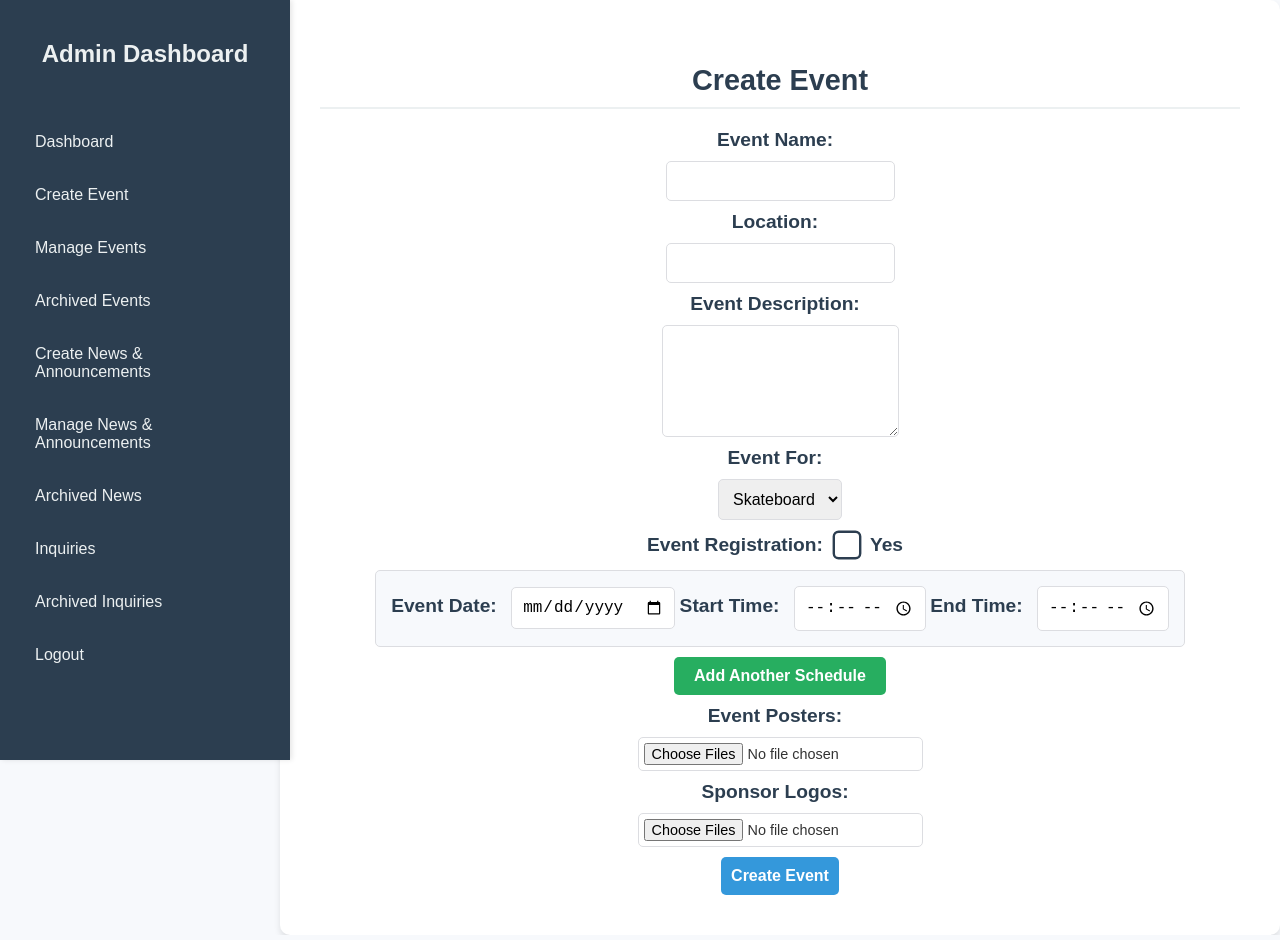
Repository: KharonKade/Capstone
Page: http://localhost/admin.html
The author's editor kept a copy of each file at every save. The page is drawn from the files as they stood at one save, then again after the next save.
The browser window is 1280 px wide. The pictures show the whole page.
The page is run by PHP 8.4 with error messages shown; the project is at /var/www/html/.

Above is the page before, as saved 2025-04-01 13:13:46.

### admin.html
<!DOCTYPE html>
<html lang="en">
<head>
    <meta charset="UTF-8">
    <meta name="viewport" content="width=device-width, initial-scale=1.0">
    <title>Create Event</title>
    <link rel="stylesheet" href="Css/admin.css?v=1.0">
    <script src="https://cdn.jsdelivr.net/npm/sweetalert2@11"></script>
</head>
<body>
    <div class="admin-container">
        <nav class="sidebar">
            <h2>Admin Dashboard</h2>
            <ul>
                <li><a href="/dashboard">Dashboard</a></li>
                <li><a href="admin.html">Create Event</a></li>
                <li><a href="manage_upcoming.php">Manage Events</a></li>
                <li><a href="archived_events.php">Archived Events</a></li>
                <li><a href="create_news.html">Create News & Announcements</a></li>
                <li><a href="manage_news.php">Manage News & Announcements</a></li>
                <li><a href="archived_news.php">Archived News</a></li>
                <li><a href="view_inquiries.php">Inquiries</a></li>
                <li><a href="archived_inquiries.php">Archived Inquiries</a></li>
                <li><a href="/logout">Logout</a></li>
            </ul>
        </nav>
        <main class="content" id="create_event">
            <h2>Create Event</h2>
            <form action="store_event.php" method="post" enctype="multipart/form-data">
                <label for="event_name">Event Name:</label>
                <input type="text" name="event_name" id="event_name" required>

                <label for="location">Location:</label>
                <input type="text" name="location" id="location" required>

                <label for="description">Event Description:</label>
                <textarea name="description" id="description" rows="5" required></textarea>

                <label for="category">Event For:</label>
                <select name="category" id="category" required>
                    <option value="skateboard">Skateboard</option>
                    <option value="inline">Inline</option>
                    <option value="bmx">BMX</option>
                    <option value="all">All</option>
                </select>

                <label for="registration">
                    Event Registration:
                    <input type="checkbox" name="registration" id="registration" value="1">
                    <span>Yes</span>
                </label>

                <div id="registration-options" style="display: none;">
                    <label for="registration_limit">Registration Limit:</label>
                    <input type="number" name="registration_limit" id="registration_limit" min="1">
                </div>

                <div id="schedule-container">
                    <div class="schedule-item">
                        <label for="event_date">Event Date:</label>
                        <input type="date" name="event_date[]" required>
                        <label for="start_time">Start Time:</label>
                        <input type="time" name="start_time[]" required>
                        <label for="end_time">End Time:</label>
                        <input type="time" name="end_time[]" required>
                    </div>
                </div>
                <button type="button" id="add_schedule">Add Another Schedule</button>

                <label for="posters">Event Posters:</label>
                <input type="file" name="posters[]" id="posters" multiple required>

                <label for="sponsors">Sponsor Logos:</label>
                <input type="file" name="sponsors[]" id="sponsors" multiple required>

                <button type="submit">Create Event</button>
            </form>
        </main>
    </div>
    <script>
        // Get references to the button and container
        const addScheduleButton = document.getElementById('add_schedule');
        const scheduleContainer = document.getElementById('schedule-container');

        // Add an event listener to the "Add Another Schedule" button
        addScheduleButton.addEventListener('click', () => {
            // Create a new div for the additional schedule
            const newSchedule = document.createElement('div');
            newSchedule.classList.add('schedule-item');

            // Add the necessary input fields for a new schedule
            newSchedule.innerHTML = `
                <label for="event_date">Event Date:</label>
                <input type="date" name="event_date[]" required>
                <label for="start_time">Start Time:</label>
                <input type="time" name="start_time[]" required>
                <label for="end_time">End Time:</label>
                <input type="time" name="end_time[]" required>
                <button type="button" class="remove-schedule">Remove</button>
            `;

            // Append the new schedule div to the container
            scheduleContainer.appendChild(newSchedule);

            // Add functionality to remove the schedule
            newSchedule.querySelector('.remove-schedule').addEventListener('click', () => {
                newSchedule.remove();
            });
        });

        document.getElementById("registration").addEventListener("change", function () {
            var registrationOptions = document.getElementById("registration-options");
            registrationOptions.style.display = this.checked ? "block" : "none";
        });
    </script>
</body>
</html>

### Css/admin.css
/* admin.css */

body {
    font-family: 'Arial', sans-serif;
    margin: 0;
    padding: 0;
    background: #f7f9fc;
    color: #333;
}

.admin-container {
    display: flex;
    min-height: 100vh;
}

/* Sidebar */
.sidebar {
    width: 250px;
    background: #2c3e50;
    color: #ecf0f1;
    padding: 20px;
    box-shadow: 2px 0 5px rgba(0, 0, 0, 0.1);
    display: flex;
    flex-direction: column;
    gap: 20px;
    position: fixed;
    height: 100%;
}

.sidebar h2 {
    text-align: center;
    font-size: 1.5rem;
    margin-bottom: 20px;
}

.sidebar ul {
    list-style: none;
    padding: 0;
    margin: 0;
}

.sidebar ul li {
    margin: 15px 0;
}

.sidebar ul li a {
    text-decoration: none;
    color: #ecf0f1;
    padding: 10px 15px;
    display: block;
    border-radius: 5px;
    transition: background 0.3s;
}

.sidebar ul li a:hover {
    background: #34495e;
}

/* Main Content */
.content {
    flex-grow: 1;
    padding: 40px;
    background: #ffffff;
    border-radius: 10px;
    box-shadow: 0px 4px 6px rgba(0, 0, 0, 0.1);
    margin-left: 280px;
    align-items: center;
}

.content h2 {
    margin-bottom: 20px;
    font-size: 1.8rem;
    color: #2c3e50;
    text-align: center;
    border-bottom: 2px solid #ecf0f1;
    padding-bottom: 10px;
}

form {
    display: flex;
    flex-direction: column;
    gap: 10px;
    margin-top: 10px;
    max-width: 1000px;
    align-items: center;
}

form label {
    font-size: 1.2rem;
    font-weight: bold;
    color: #2c3e50; /* Darker text color */
    margin-right: 10px;
    cursor: pointer;
}

form input,
form select,
form textarea,
form button {
    font-size: 1rem;
    padding: 10px;
    border: 1px solid #dcdde1;
    border-radius: 5px;
    outline: none;
    transition: border-color 0.3s, box-shadow 0.3s;
}

form input:focus,
form select:focus,
form textarea:focus {
    border-color: #3498db;
    box-shadow: 0 0 5px rgba(52, 152, 219, 0.5);
}

form button {
    background: #3498db;
    color: #ffffff;
    cursor: pointer;
    border: none;
    font-weight: bold;
    transition: background 0.3s;
}

form button:hover {
    background: #2980b9;
}

#schedule-container {
    display: flex;
    flex-direction: column;
    gap: 20px;
}

.schedule-item {
    background: #f7f9fc;
    padding: 15px;
    border: 1px solid #dcdde1;
    border-radius: 5px;
}

.schedule-item .remove-schedule {
    background: #e74c3c;
    color: #ffffff;
    border: none;
    padding: 5px 10px;
    border-radius: 5px;
    margin-top: 10px;
    cursor: pointer;
    font-size: 0.9rem;
}

.schedule-item .remove-schedule:hover {
    background: #c0392b;
}

/* Add Schedule Button */
#add_schedule {
    align-self: center;
    background: #27ae60;
    color: #ffffff;
    border: none;
    padding: 10px 20px;
    font-size: 1rem;
    border-radius: 5px;
    cursor: pointer;
    transition: background 0.3s;
}

#add_schedule:hover {
    background: #229954;
}

/* File Inputs */
form input[type="file"] {
    padding: 5px;
    font-size: 0.9rem;
}

/* Style the label */
label[for="registration"] {
    font-size: 1.2rem;
    font-weight: bold;
    color: #2c3e50;
    display: flex;
    align-items: center; /* Ensures everything stays aligned horizontally */
    gap: 8px; /* Adds spacing between elements */
}

/* Hide the default checkbox */
input[type="checkbox"] {
    appearance: none;
    -webkit-appearance: none;
    -moz-appearance: none;
    width: 20px;
    height: 20px;
    border: 2px solid #2c3e50; /* Border color */
    border-radius: 5px;
    display: inline-block;
    vertical-align: middle;
    position: relative;
    cursor: pointer;
    transition: background 0.3s ease-in-out;
    transform: scale(1.2); /* Makes the checkbox slightly bigger */
}

/* Style when checked */
input[type="checkbox"]:checked {
    background-color: #2c3e50; /* Darker color */
    border-color: #2c3e50;
}

/* Checkmark using ::after pseudo-element */
input[type="checkbox"]:checked::after {
    content: "✔";
    font-size: 1rem;
    color: white;
    position: absolute;
    left: 50%;
    top: 50%;
    transform: translate(-50%, -50%);
    font-weight: bold;
}

/* Responsive Design */
@media (max-width: 768px) {
    .admin-container {
        flex-direction: column;
    }

    .sidebar {
        width: 100%;
        flex-direction: row;
        justify-content: space-around;
    }

    .sidebar h2 {
        display: none;
    }

    .content {
        margin: 0;  /* Remove extra margin */
        padding: 20px;
        width: 100%; /* Ensure it takes full width */
    }

    form {
        padding: 0 10px;
        max-width: 100%; /* Make sure it doesn't shrink too much */
    }
}

After the next save:
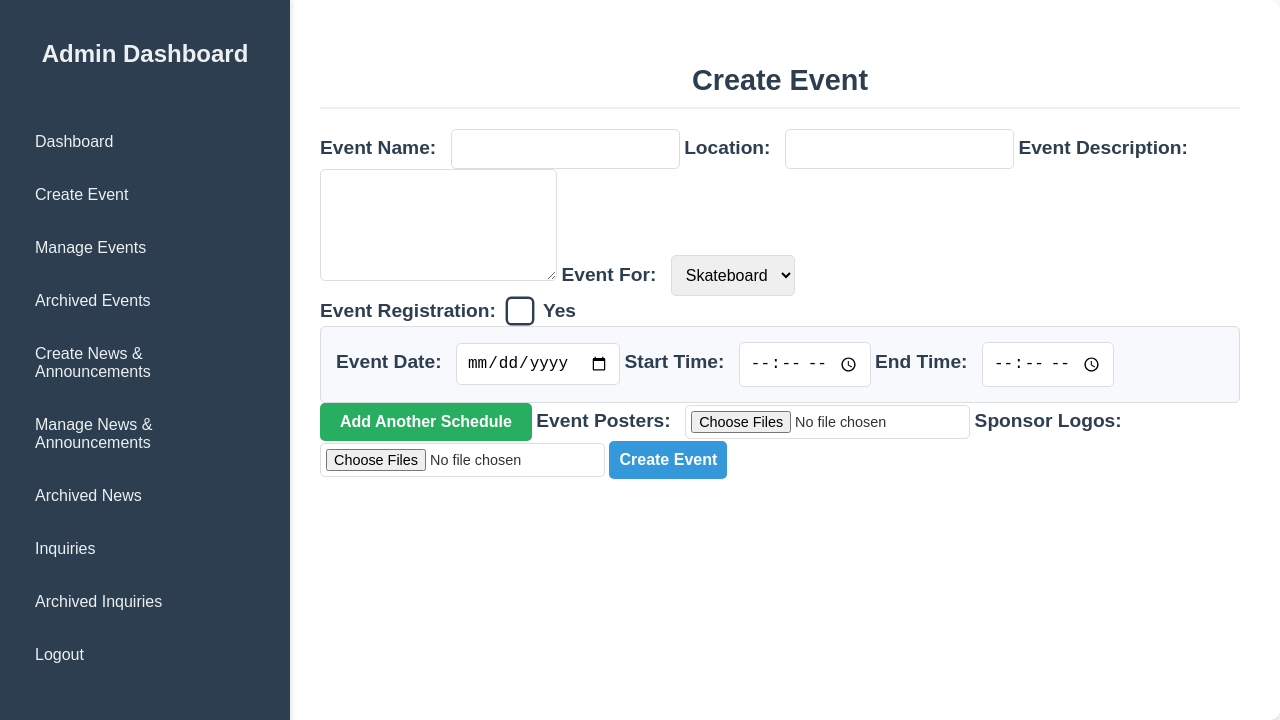
Saved 17 s later.
--- a/Css/admin.css
+++ b/Css/admin.css
@@ -77,7 +77,7 @@
 }
 
 form {
-    display: flex;
+    display: center;
     flex-direction: column;
     gap: 10px;
     margin-top: 10px;

After the save that followed:
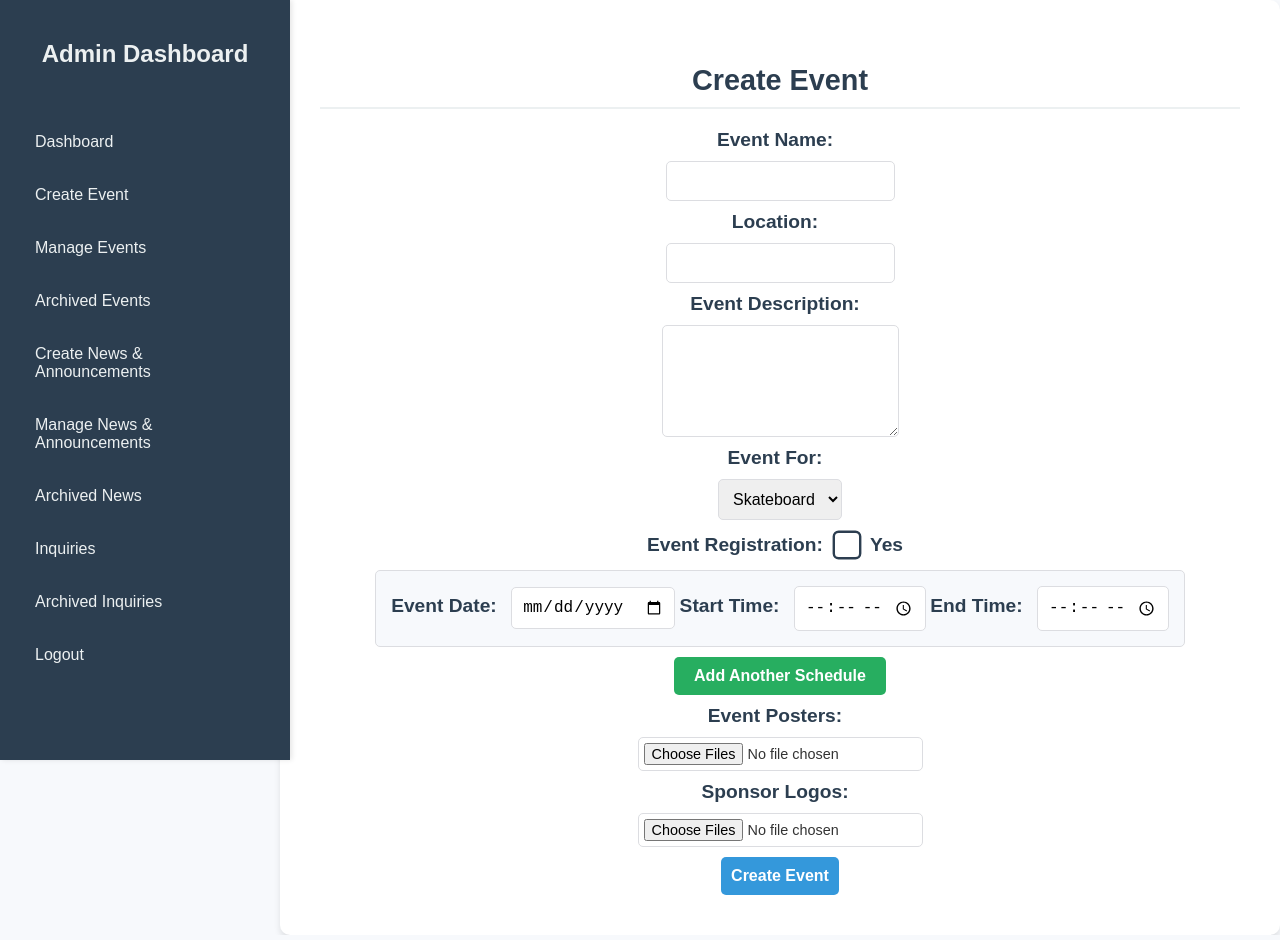
Saved 7 s later.
--- a/Css/admin.css
+++ b/Css/admin.css
@@ -77,7 +77,7 @@
 }
 
 form {
-    display: center;
+    display: flex;
     flex-direction: column;
     gap: 10px;
     margin-top: 10px;
